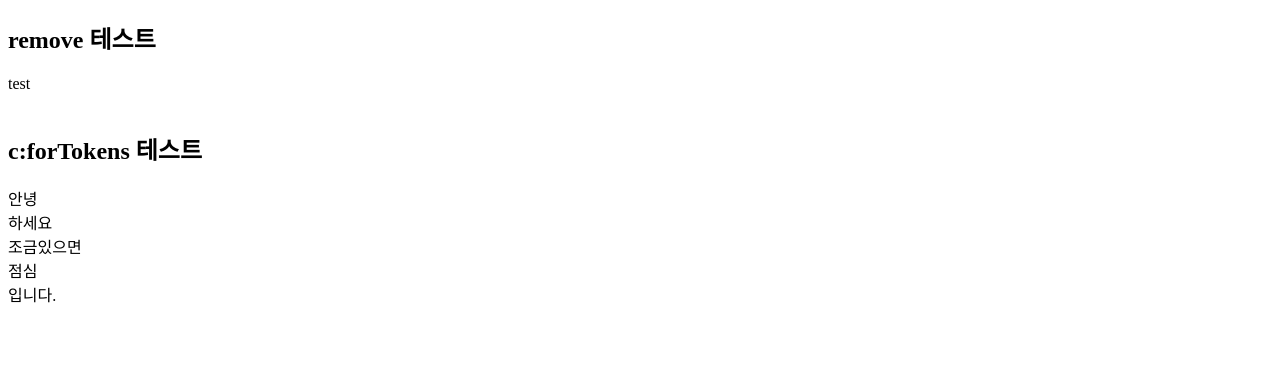
Repository: huntingforheat/JavaProject
Page: http://localhost/myweb/jstl/jstl_etc2.jsp
The author's editor kept a copy of each file at every save. The page is drawn from the files as they stood at one save, then again after the next save.
The browser window is 1280 px wide. The pictures show the whole page.
The page is served by Tomcat 9. Other server files are loaded and not shown.

Above is the page before, as saved 2024-04-17 04:01:12.

### myweb/src/main/webapp/jstl/jstl_etc2.jsp
<%@ page language="java" contentType="text/html; charset=UTF-8"
    pageEncoding="UTF-8"%>
<%@ taglib prefix="c" uri = "http://java.sun.com/jsp/jstl/core" %>
<!DOCTYPE html>
<html>
	<head>
		<meta charset="UTF-8">
		<title>jstl_etc2.jsp</title>
	</head>
	<body>
		<c:import url="jstl_etc.jsp"></c:import>
	</body>
</html>

### myweb/src/main/webapp/jstl/jstl_etc.jsp
<%@ page language="java" contentType="text/html; charset=UTF-8"
    pageEncoding="UTF-8"%>
<%@ taglib prefix="c" uri = "http://java.sun.com/jsp/jstl/core" %>
<%
	String test = "test";
%>
<!DOCTYPE html>
<html>
	<head>
		<meta charset="UTF-8">
		<title>jstl_etc.jsp</title>
	</head>
	<body>
		<h2>remove 테스트</h2>
		<c:set var = "test1" value="<%=test %>"></c:set>
		<c:set var = "test2" value = "test2"></c:set>
		<c:remove var="test2" scope = "page"/>
		${pageScope.test1 }<br>
		${test2 }<br>

		<h2>c:forTokens 테스트</h2>
		<!-- 자바의 StringTokenizer를 JSTL를 사용하여 구현하려 할때 쓸 수 있음.
			 문자열을 구분자로 나눌려고 할 때 사용함. -->
		<c:set var = "tokens" value = "안녕/하세요/조금있으면/점심/입니다."></c:set>
		<c:forTokens var = "abc" items="${tokens }" delims="/">
			${abc }<br>
		</c:forTokens>
	</body>
</html>

After the next save:
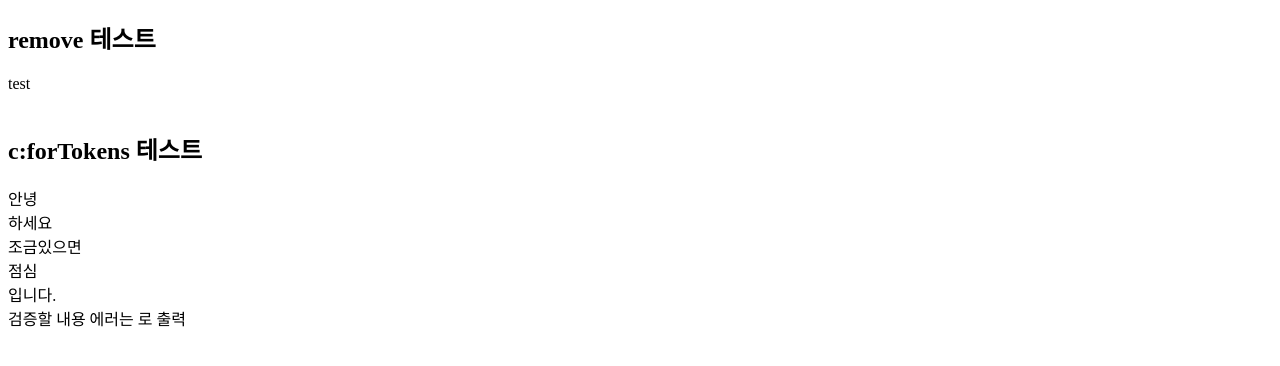
Saved 2 min 0 s later.
--- a/myweb/src/main/webapp/jstl/jstl_etc2.jsp
+++ b/myweb/src/main/webapp/jstl/jstl_etc2.jsp
@@ -9,5 +9,18 @@
 	</head>
 	<body>
 		<c:import url="jstl_etc.jsp"></c:import>
+
+		<%--
+		// c: catch
+		try {
+			검증할 내용
+		} catch(Exception e) {
+			에러 발생시 내용
+		}
+		 --%>
+		 <c:catch var = "abc">
+		 	검증할 내용
+		 </c:catch>
+		 에러는 ${abc }로 출력
 	</body>
 </html>
